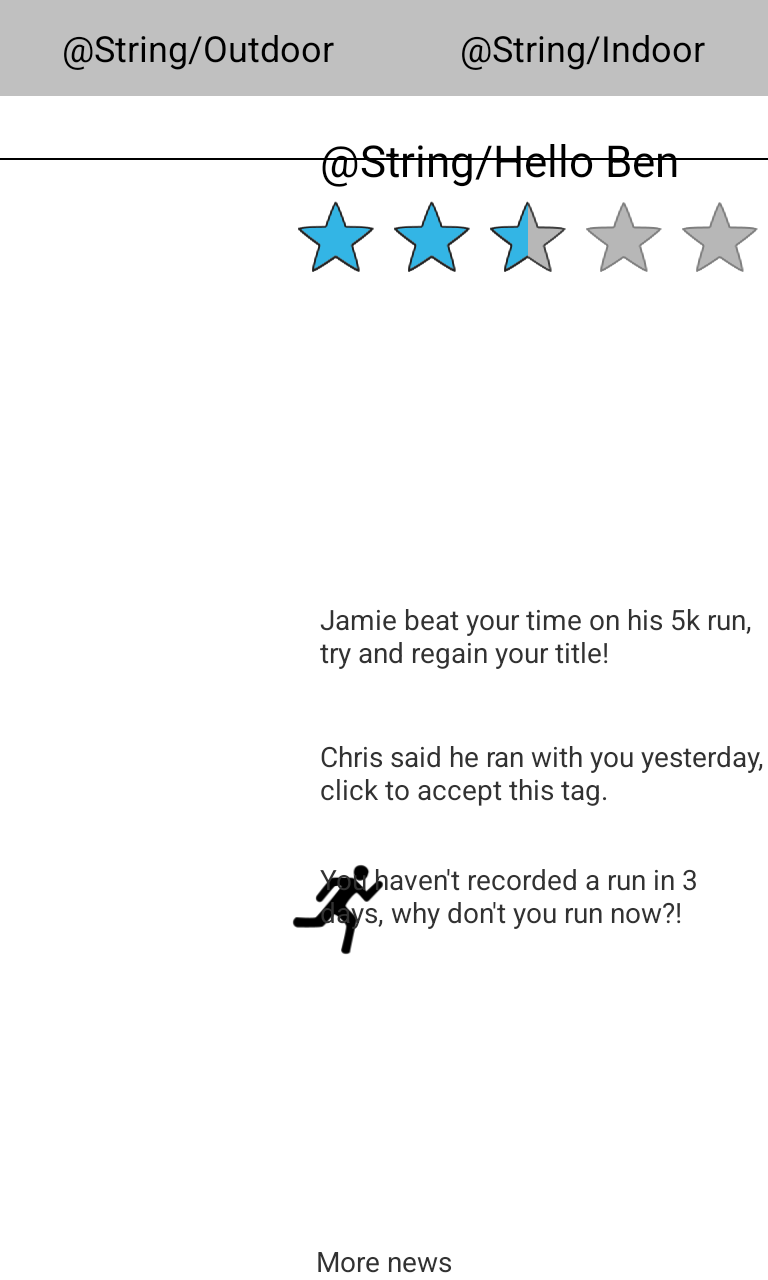
Repository: jamiemorris1991/GoMotion
Layout: GoMotion/res/layout/activity_home.xml
An editor plug-in stored every save of this project. The layout is shown before and after a run of saves, followed by the edit.
It is drawn on a 768 x 1280 px phone screen (xhdpi) without system bars, with theme AppTheme; the app's code is not run.

Above is the layout before, as saved 2012-11-24 16:11:23.

### GoMotion/res/layout/activity_home.xml
<?xml version="1.0" encoding="utf-8"?>
<RelativeLayout xmlns:android="http://schemas.android.com/apk/res/android"
    android:layout_width="match_parent"
    android:layout_height="match_parent"
    android:orientation="vertical" >

    <LinearLayout
        xmlns:android="http://schemas.android.com/apk/res/android"
        android:id="@+id/linearLayout1"
        android:layout_width="match_parent"
        android:layout_height="wrap_content" >

        <Button
            android:id="@+id/btnOut"
            android:layout_width="wrap_content"
            android:layout_height="wrap_content"
            android:layout_gravity="center_vertical"
            android:layout_weight="1"
            android:background="@color/topNavBar"
            android:text="@String/Outdoor"
            android:textColor="@color/topNavBarText" />

        <Button
            android:id="@+id/btnIn"
            android:layout_width="wrap_content"
            android:layout_height="wrap_content"
            android:layout_gravity="center_vertical"
            android:layout_weight="1"
            android:background="@color/topNavBar"
            android:text="@String/Indoor"
            android:textColor="@color/topNavBarText" />
    </LinearLayout>

    <View
        android:id="@+id/view1"
        android:layout_width="fill_parent"
        android:layout_height="1dip"
        android:layout_alignParentLeft="true"
        android:layout_below="@+id/quickContactBadge1"
        android:layout_marginTop="14dp"
        android:background="#000000" />

    <RatingBar
        android:id="@+id/ratingBar1"
        android:layout_width="wrap_content"
        android:layout_height="wrap_content"
        android:layout_alignParentRight="true"
        android:layout_below="@+id/textView1"
        android:minHeight="57dp"
        android:numStars="5"
        android:rating="2.5" />

    <QuickContactBadge
        android:id="@+id/quickContactBadge1"
        android:layout_width="wrap_content"
        android:layout_height="wrap_content"
        android:layout_below="@+id/linearLayout1"
        android:layout_marginTop="17dp"
        android:layout_toLeftOf="@+id/ratingBar1" />

    <TextView
        android:id="@+id/textView1"
        android:layout_width="wrap_content"
        android:layout_height="wrap_content"
        android:layout_alignLeft="@+id/ratingBar1"
        android:layout_alignTop="@+id/quickContactBadge1"
        android:layout_marginLeft="16dp"
        android:text="@String/Hello Ben"
        android:textAppearance="?android:attr/textAppearanceLarge" />

    <TextView
        android:id="@+id/textView2"
        android:layout_width="wrap_content"
        android:layout_height="wrap_content"
        android:layout_alignLeft="@+id/textView1"
        android:layout_alignTop="@+id/quickContactBadge2"
        android:text="Jamie beat your time on his 5k run, try and regain your title!"
        android:textAppearance="?android:attr/textAppearanceSmall" />

    <QuickContactBadge
        android:id="@+id/quickContactBadge2"
        android:layout_width="wrap_content"
        android:layout_height="40dp"
        android:layout_centerVertical="true"
        android:layout_toLeftOf="@+id/ratingBar1" />

    <QuickContactBadge
        android:id="@+id/QuickContactBadge01"
        android:layout_width="wrap_content"
        android:layout_height="40dp"
        android:layout_below="@+id/quickContactBadge2"
        android:layout_marginTop="24dp"
        android:layout_toLeftOf="@+id/ratingBar1" />

    <ImageView
        android:id="@+id/imageView1"
        android:layout_width="50dp"
        android:layout_height="50dp"
        android:layout_alignLeft="@+id/QuickContactBadge01"
        android:layout_below="@+id/QuickContactBadge01"
        android:layout_marginTop="26dp"
        android:src="@drawable/ic_run" />

    <TextView
        android:id="@+id/TextView01"
        android:layout_width="wrap_content"
        android:layout_height="wrap_content"
        android:layout_alignBottom="@+id/QuickContactBadge01"
        android:layout_alignLeft="@+id/textView2"
        android:text="Chris said he ran with you yesterday, click to accept this tag."
        android:textAppearance="?android:attr/textAppearanceSmall" />

    <TextView
        android:id="@+id/TextView02"
        android:layout_width="wrap_content"
        android:layout_height="wrap_content"
        android:layout_alignLeft="@+id/TextView01"
        android:layout_alignTop="@+id/imageView1"
        android:text="You haven&apos;t recorded a run in 3 days, why don&apos;t you run now?!"
        android:textAppearance="?android:attr/textAppearanceSmall" />

    <TextView
        android:id="@+id/textView3"
        android:layout_width="wrap_content"
        android:layout_height="wrap_content"
        android:layout_alignParentBottom="true"
        android:layout_centerHorizontal="true"
        android:text="More news" />

</RelativeLayout>

### GoMotion/res/values/colors.xml
<?xml version="1.0" encoding="utf-8"?>
<resources>
    <color name="buttons">#C0C0C0</color>
    <color name="topNavBar">#C0C0C0</color>
    <color name="buttonsText">#FFFFFF</color>
    <color name="topNavBarText">#000000</color>
    <color name="goBlue">#6488D9</color>
    <color name="goGrey">#AAAAAA</color>
    <color name="background">#FFFFFF</color>
    <color name="timerBackground">#435888</color>
    <color name="blueBackground">#E4E4FF</color>
    <color name="hoverBlue">#0000FF</color>
</resources>

Loaded but not shown: GoMotion/res/values-v11/styles.xml (common file); GoMotion/res/values-v14/styles.xml (common file); GoMotion/res/values/styles.xml (common file)

After the next 2 saves:
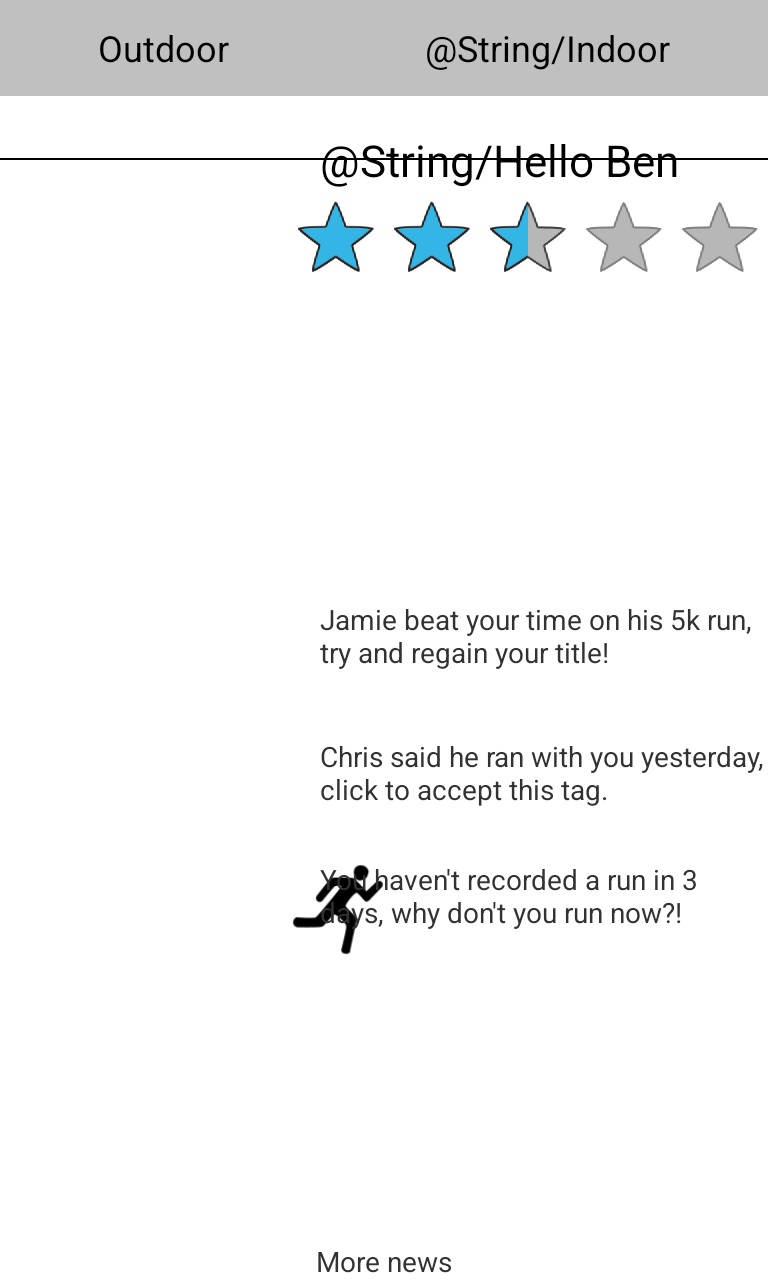
The 2 saves are shown as one change because 1 did not build or start.
The last was saved 37 s later.
--- a/GoMotion/res/layout/activity_home.xml
+++ b/GoMotion/res/layout/activity_home.xml
@@ -17,7 +17,7 @@
             android:layout_gravity="center_vertical"
             android:layout_weight="1"
             android:background="@color/topNavBar"
-            android:text="@String/Outdoor"
+            android:text="Outdoor"
             android:textColor="@color/topNavBarText" />
 
         <Button
